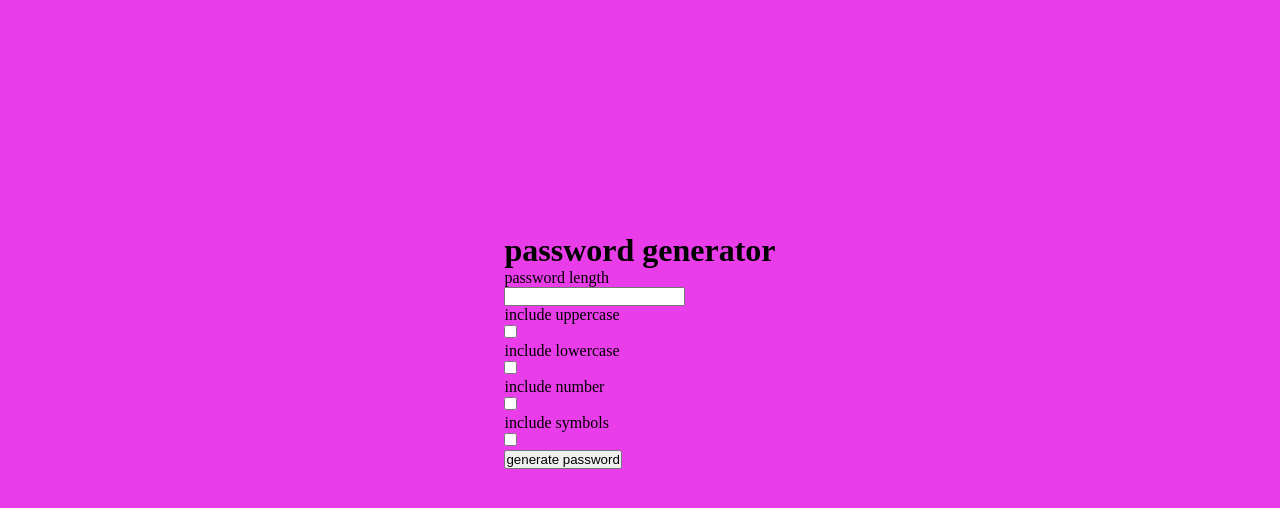
Repository: Eugene44-hub/password-generator
Page: index.html
The author's editor kept a copy of each file at every save. The page is drawn from the files as they stood at one save, then again after the next save.
The browser window is 1280 px wide. The pictures show the whole page.

Above is the page before, as saved 2021-09-23 10:22:39.

### index.html
<!DOCTYPE html>
<html lang="en">

<head>
    <meta charset="UTF-8">
    <meta http-equiv="X-UA-Compatible" content="IE=edge">
    <meta name="viewport" content="width=device-width, initial-scale=1.0">
    <title>Document</title>
    <link rel="stylesheet" href="style.css">
</head>

<body>
    <div class="passwordGenerator">
        <h1>password generator</h1>
        <div class="password">

        </div>
        <div class="select-options">
            <p>password length</p>
            <input type="number">
            <p>include uppercase</p><input type="checkbox" id="uppercase">
            <p>include lowercase</p><input type="checkbox" id="lowercase">
            <p>include number</p><input type="checkbox" id="number">
            <p>include symbols</p><input type="checkbox" id="symbol">
        </div>
        <button id="generate-password">generate password</button>
    </div>
    <script src="app.js"></script>
</body>

</html>

</html>

### style.css
* {
    padding: 0;
    margin: 0;
    box-sizing: border-box;
}

body {
    display: flex;
    height: 700px;
    background-color: rgb(233, 61, 233);
}

.passwordGenerator {
    margin: auto;
}

### app.js
// document.querySelector('.password').addEventListener('', e => {})
// console.log(String.fromCharCode())

const person = {
    name: 'Eugene',
    type: true,
    greeting: 'Hello'
}
let x = [{ lower: true }, { upper: false }, { number: true }, { symbol: true }];

// const rand = {
//     lower: true,
//     upper: true,
//     number: false,
//     symbol: true,
// }

// const functName =
//     console.log()

After the next save:
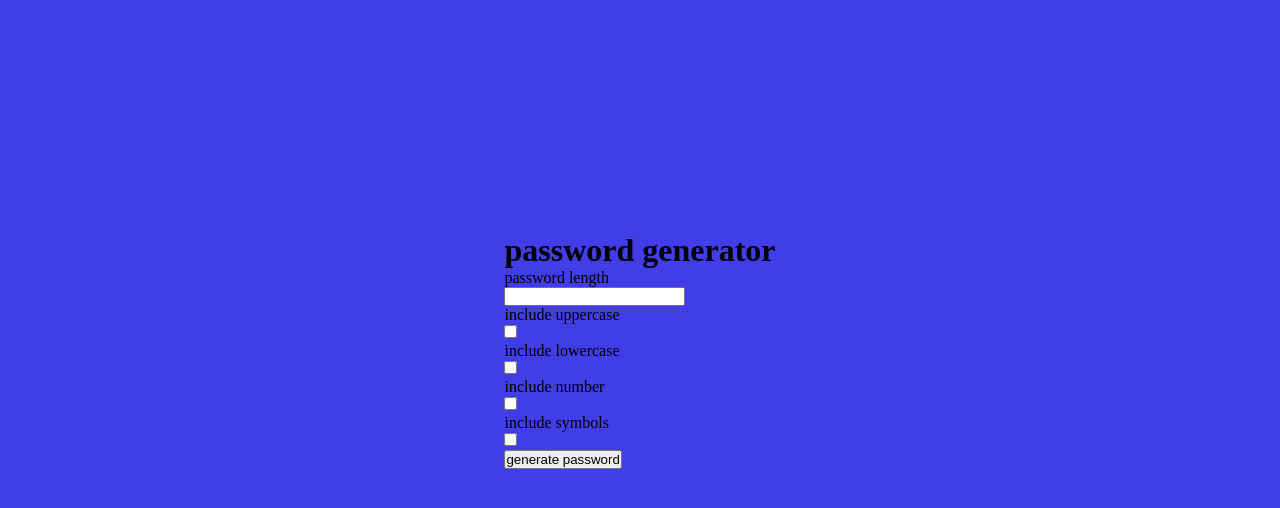
Saved 18 s later.
--- a/style.css
+++ b/style.css
@@ -7,7 +7,7 @@
 body {
     display: flex;
     height: 700px;
-    background-color: rgb(233, 61, 233);
+    background-color: rgb(64, 61, 233);
 }
 
 .passwordGenerator {
